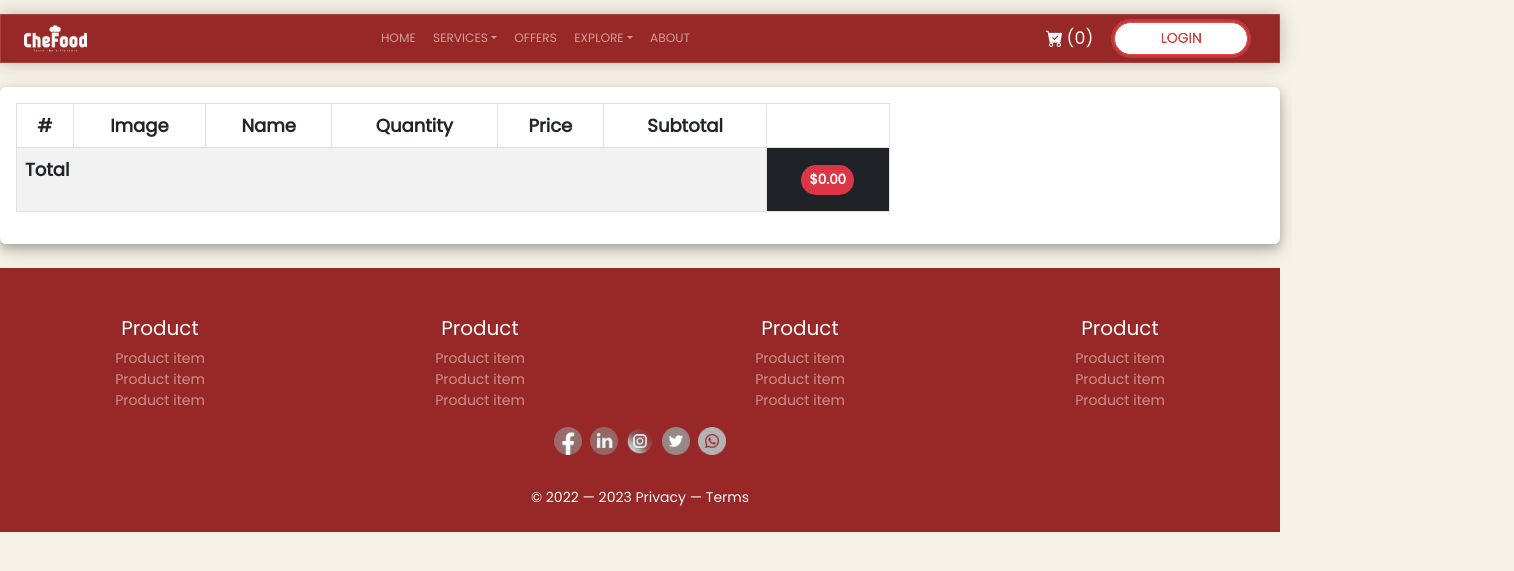
Repository: qamchamine/chefood
Page: /cart (app in front-end/)
These files come from the project's save history. The page is drawn as it stood at one moment and after the next save; the edit follows.
The browser window is 1280 px wide. The page is 1292 px wide, then 1514 px, so the pictures cover 1514 px, including what lies to the right of the window. The pictures show the whole page.
The project was rebuilt for these pictures with package versions that can differ from the ones it lists, and the page was loaded fresh each time. Some packages were replaced by stand-ins written for this rebuild. Also part of the build but not shown: front-end/src/css/products.css, front-end/src/components/small_components/ProductCard.jsx, front-end/src/components/small_components/AddProduct.jsx, front-end/src/components/pages/sub-pages/Products.jsx, front-end/src/components/small_components/ButtonMain.jsx, front-end/src/components/small_components/HomeCard.jsx, front-end/src/components/small_components/HomeCardFullSection.jsx, front-end/src/components/pages/Home.jsx and 34 more. Imported but missing from the stored project, and not drawn on this page: front-end/src/sounds/applause.mp3, front-end/src/sounds/wheel.mp3.

Above is the page before, as saved 2023-06-25 19:58:28.

### front-end/public/index.html
<!DOCTYPE html>
<html lang="en">
  <head>
    <meta charset="utf-8" />
    <link rel="icon" href="%PUBLIC_URL%/favicon.ico" />
    <meta name="viewport" content="width=device-width, initial-scale=1" />
    <meta name="theme-color" content="#000000" />
    <meta
      name="description"
      content="Web site created using create-react-app"
    />
    <link
    rel="stylesheet"
    href="https://fonts.googleapis.com/css?family=Roboto:400,700"
  />
  <link rel="stylesheet" href="https://cdn.jsdelivr.net/npm/bootstrap-icons@1.10.5/font/bootstrap-icons.css">

    <link rel="apple-touch-icon" href="%PUBLIC_URL%/logo192.png" />
    <link rel="manifest" href="%PUBLIC_URL%/manifest.json" />

    <link rel="stylesheet" href="https://fonts.googleapis.com/icon?family=Material+Icons">

    <link rel="stylesheet" href="https://maxcdn.bootstrapcdn.com/font-awesome/4.7.0/css/font-awesome.min.css">
    <script src="https://code.jquery.com/jquery-3.5.1.min.js"></script>
    <script src="https://cdn.jsdelivr.net/npm/popper.js@1.16.0/dist/umd/popper.min.js"></script>




    <title>React App</title>
  </head>
  <body>

    <div id="root"></div>
<!--     <script src="jquery/jquery-3.6.0.js"></script>  -->
    <script src="https://unpkg.com/sweetalert/dist/sweetalert.min.js"></script>

  </body>
</html>

### front-end/src/config/ShoppingContext.jsx

  import React, { createContext, useState, useEffect } from 'react';
  import Swal from 'sweetalert2'
  import axios from 'axios';

   const ShoppingContext = createContext();

const ShoppingProvider = ({ children }) => {
/*     const [orders,setOrders] = useState([])
     */

/*       function removeFromCart(item){
        setCartItems(cartItems.filter(product => product.id !== item.id));
        Swal.fire({
          position: 'top-end',
          icon: 'success',
          title: 'Your item has been removed',
          showConfirmButton: false,
          timer: 1500
        });
      } */

      return (
    <ShoppingContext.Provider value={
        { /* orders,setOrders */
          /* products,  cartItems, removeFromCart */
        }
      }>      {children}
    </ShoppingContext.Provider>
  );
};
export { ShoppingContext, ShoppingProvider }

### front-end/src/components/Footer.jsx
import React, { useEffect } from 'react'

import Facebook from '../images/icons/facebook.png'
import Linkedin from '../images/icons/linkedin.png'
import Instagram from '../images/icons/instagram.png'
import Twitter from '../images/icons/twitter.png'
import Whatsapp from '../images/icons/whatsapp.png'
import './../css/nav-footer.css';
export default function Footer() {

    return (
        <div className='footer container-fluid' style={{ background: '#982727' }}>
            <footer className=' py-2 pt-5 d-grid text-light'>
                <div className='row justify-content-around text-center '>
                    <div className='d-grid col-6 col-sm-12 col-md-6 col-lg-4 col-xl-3'>
                        <h5>Product</h5>
                        <a className='text-decoration-none text-light opacity-50' href="">Product item</a>
                        <a className='text-decoration-none text-light opacity-50' href="">Product item</a>
                        <a className='text-decoration-none text-light opacity-50' href="">Product item</a>
                    </div>
                    <div className='d-grid col-6 col-sm-12 col-md-6 col-lg-4 col-xl-3'>
                        <h5>Product</h5>
                        <a className='text-decoration-none text-light opacity-50' href="">Product item</a>
                        <a className='text-decoration-none text-light opacity-50' href="">Product item</a>
                        <a className='text-decoration-none text-light opacity-50' href="">Product item</a>
                    </div>
                    <div className='d-grid col-6 col-sm-12 col-md-6 col-lg-4 col-xl-3'>
                        <h5>Product</h5>
                        <a className='text-decoration-none text-light opacity-50' href="">Product item</a>
                        <a className='text-decoration-none text-light opacity-50' href="">Product item</a>
                        <a className='text-decoration-none text-light opacity-50' href="">Product item</a>
                    </div>
                    <div className='d-grid col-6 col-sm-12 col-md-6 col-lg-4 col-xl-3'>
                        <h5>Product</h5>
                        <a className='text-decoration-none text-light opacity-50' href="">Product item</a>
                        <a className='text-decoration-none text-light opacity-50' href="">Product item</a>
                        <a className='text-decoration-none text-light opacity-50' href="">Product item</a>
                    </div>
                </div>
                <div className='footer-icons row justify-content-center py-3 '>
                    <div className='d-flex gap-2 justify-content-center'>
                        <a href=""> <img src={Facebook} className='footer-icon' alt="" /> </a>
                        <a href=""> <img src={Linkedin} className='footer-icon' alt="" /> </a>
                        <a href=""> <img src={Instagram} className='footer-icon' alt="" /> </a>
                        <a href=""> <img src={Twitter} className='footer-icon' alt="" /> </a>
                        <a href=""> <img src={Whatsapp} className='footer-icon' alt="" /> </a>

                    </div>
                </div>
                <div className='row justify-content-center py-3'>
                    © 2022 — 2023 Privacy — Terms
                </div>
            </footer>
        </div>

    )
}

### front-end/src/css/home.css
.homeBG {
    height: fit-content;
    position: relative;
    right: -10%;
    top: 34%;
    z-index: -1;
    width: 100em !important;


}
@font-face {
    font-family: 'poppin';
    src: url('../fonts/Poppins/Poppins-Regular.ttf') ;
    font-weight: normal;
    font-style: normal;
  }
body {
    font-family:'poppin', sans-serif !important;
    background-color: #F7F2E7 !important;
    max-width: 100vw;
    font-weight: normal !important;
    overflow-x: hidden;
    font-size: 14px !important;
}

body::-webkit-scrollbar {
    width: 0;
}

.nb {
/*     position: fixed; */
/*     top: 1em; */
    background-color: #982727 !important;
    box-shadow: 0 0px 20px #1f020241;
    border: 1px solid #ffffff22;
}

.navbar {
    background-color: #982727 !important;
}

.changeColor {
    background-color: blue !important;
}

.signUP {
    background: white !important;
    color: #982727 !important;
    font-weight: bold !important;
    outline: 5px solid #982727ab;
    outline-offset: -2px;
    transition: 500ms ease;


}

.homeContent {
    height: 90vh;
    z-index: 0;
    margin-top: -1.5em !important;
}

.homeContent h1 {
    color: #F7F2E7;
    text-align: start;
width: 40vw !important;
}

.homeContent h1 span {
    position: relative;
    display: inline-block;
    margin-bottom: 10px;
    padding: 4px 20px 8px;
    transition: 1s ease;
}

.homeContent h1 span::before {
    content: '';
    position: absolute;
    background: #982727;
    left: 0;
    top: 0;
    z-index: -1;
    width: 100%;
    height: 100%;
    transform: skew(-10deg);
}

.homeContent h1 span:last-child::before {
    transform: skew(10deg);
}

.homeContent p {
    width: 72%;
    color: #982727;
    text-align: left;
}

.homeContent .homeMainButtons {
    width: 72%;
}

.cardBtn {
    transition: 1s ease;
}

.cardBtn:hover {
    filter: brightness(130%);

}

.cardBtn i {
    left: 63%;
    transition: 300ms ease;
}

.cardBtn:hover i {
    left: 75%;
}

.btnMain:hover {
    filter: brightness(130%);
}

.card-img-top {
    object-fit: cover;
}

.signUP:hover {

    background: #982727 !important;
    color: white !important;
    font-weight: bold !important;
    outline: 5px solid #ffffff55;
    outline-offset: -4px;
}

.cardsGroup:not(:first-child) {
    translate: 50% 0;
}

.arrow-1-1 {
    position: absolute;
    top: 50%;
    left: 0;
}

.home .carousel-control-prev-icon,
.home .carousel-control-next-icon {

    width: 1.3em;
    height: 1.3em;
    color:black !important;

    outline: 12px solid #982929;
    outline-offset: -1px;
    background-color: #982929;
    background-size: 100%, 100%;
    border-radius: 50%;
    box-shadow: 0 0 10px black;
}

.home .carousel-control-prev,
.home .carousel-control-next {
    z-index: 10;
    width: 4em !important;
/*     background: red; */

}

/* .py-4 {
    padding-top: 0rem !important;
    padding-bottom: 0rem !important;
} */

.nb{
    zoom:87%;
}

### front-end/src/css/cart.css
.ajouterPanierTable td{
    font-size: .9em;
    width: fit-content !important;
    text-align: center;
}
.ajouterPanierTable th{
    width: fit-content !important;
    text-align: center;
}
.ajouterPanierTable {
width: 70% !important;
position: relative;
l
}

### front-end/src/css/Reviews.css
.Reviews-color
{
  color : #982727;
  text-transform: uppercase;
  letter-spacing: 0.5em;
}
.Reviews-paragraph
{
  font-size: 0.8em;
}
.parent-card{
    margin-top:50px !important;
}
.card
{
    border: none !important;
    box-shadow: 0 4px 8px 0 rgba(0, 0, 0, 0.2), 0 6px 20px 0 rgba(0, 0, 0, 0.19);
}
.user-name
{
    color : #000D7E;
}
.description
{
    color: #982727;
    font-size: 0.75em;
}
.comment{
    margin:5px;
    font-size:0.55em;
}
.reviewCardImage{
    margin-top:16px;
}
.reviewCard:hover .reviewCardImage{
    scale:1.2;
    margin-inline:.3em;
}
.reviewCard:hover .reviewCardImage{
    transition:300ms ease;
}
.reviewCard:hover .hoverstar{
    scale:1.2;
    margin-inline:.3em;
}
.reviewCard .hoverstar{
    transition:300ms ease;
}
.reviewCardImage{
    width:40%;
    transition:300ms ease;
}

.reviewCard strong{
    left:50%;
    translate:-50% 0;
    width:100%;
    bottom:.9em;
}

.the-bottom-page{
    margin-top:25px;
    position: absolute;
    left: auto;
    right: 0;
}

@media (max-width: 1200px) { /* Extra large devices (large desktops, 1200px and up) */
    .card {
      width: 100%;
    }
    .col-4 {
      width: 33.33333333%;
    }
    strong img{
        width: 19px;
    }
  }
  @media (max-width: 1118px) { /* Large devices (desktops, 992px and up) */
    .card {
      width: 100%;
    }
    .col-4 {
        width: 33.33333333%;
    }
    strong img{
        width: 16px;
    }
  }
  @media (max-width: 992px) { /* Medium devices (tablets, 768px and up) */
    .card {
        width: 140%;
    }
  }
  @media (max-width: 770px) { /* Medium devices (tablets, 768px and up) */
    .card {
        width: 95%;
    }
    .col-4 {
        width: 25% !important;
    }
    .parent-card
    {
        --bs-gutter-x: 0.5rem;
        display: grid !important;
        grid-template-columns: repeat(2, 1fr);
    }
    .col-4 {
        margin-top:10px !important;
        width: 60% !important;
    }
  }
  @media (max-width: 716px) { /* Small devices (landscape phones, 576px and up) */

    .card {
        width: 95%;
    }
        strong img{
        width: 16px;
    }
  }
  @media only screen and (max-width: 576px){ /* Small devices (landscape phones, 576px and up) */

    .card {
        width: 95%;
    }
    .col-md-2 {
        flex: 0 0 16.666667%;
        max-width: 16.666667%;
    }
    strong img{
        width: 16px;
    }
  }

  @media only screen and (max-width: 528px){ /* Small devices (landscape phones, 576px and up) */

    .card {
        width: 70%;
        margin-left:30px;
    }
    .parent-card
    {
        --bs-gutter-x: 0.5rem;
        display: grid !important;
        grid-template-columns: repeat(1, 1fr);
    }
    .col-md-2 {
        flex: 0 0 16.666667%;
        max-width: 16.666667%;
    }
    strong img{
        width: 16px;
    }
  }

  @media only screen and (max-width: 365px){ /* Small devices (landscape phones, 576px and up) */

    .card {
        width: 80%;
        margin-left:20px;
    }
    .parent-card
    {
        --bs-gutter-x: 0.5rem;
        display: grid !important;
        grid-template-columns: repeat(1, 1fr);
    }
    .col-md-2 {
        flex: 0 0 16.666667%;
        max-width: 16.666667%;
    }
    strong img{
        width: 16px;
    }
  }

### front-end/src/css/location.css
@import url('https://fonts.googleapis.com/css2?family=Roboto:wght@100&display=swap');

.location-color
{
  color : #982727;
  text-transform: uppercase;
  letter-spacing: 0.3em;
}
.where-restorant
{
    width: 459px;
    margin:auto;
}
.restorant-location-title{
    font-family: 'Century Gothic';
    font-size:32px;
    font-weight:400;
}
.restorant-location-line{
    background:#B12222;
    height: 3px;
    width: 450px;
    display: inline-block;
    margin: 15px auto;
}
.restorant-location-p
{
    color:#000000 75%;
    font-size: 15px;
    font-weight: 400;
    font-family: 'Roboto', sans-serif;
}
.main-location{
    display: grid !important;
    grid-template-columns: repeat(2, 1fr);
    flex-direction: column;
    justify-content: center;
    align-items: center;
    text-align:center;
}
.restorant-location-btn{
    background-color: #B12222;
    border: none;
    width: 300px;
    height: 40px;
    border-radius: 15px;
    color: #fff;
}
.restorant-location-btn:hover{
    background-color: #fff;
    border: 2px solid #B12222;
    border-radius: 15px;
    color: #B12222;
}
.location-icon{
    margin-right: 15px;
}


  @media (max-width: 1123px) { /* Extra large devices (large desktops, 1200px and up) */
    .earth-image img{
        width: 450px;
    }
  }
  @media (max-width: 992px) { /* Medium devices (tablets, 768px and up) */
    .earth-image img{
        width: 400px;
    }
    .where-restorant {
        width: 400px;
        margin: auto;
    }
    .restorant-location-line{
        width: 350px;
        display: inline-block;
    }
  }
  @media (max-width: 868px) { /* Medium devices (tablets, 768px and up) */

    .earth-image img{
        width: 380px;
    }
    .where-restorant {
        width: 380px;
        margin: auto;
    }
    .restorant-location-line{
        width: 320px;
        display: inline-block;
    }
    .restorant-location-p{
        font-size: 13px;
    }
    .restorant-location-title{
        font-size:28px;
    }

  }
  @media (max-width: 783px) { /* Small devices (landscape phones, 576px and up) */
    .earth-image img{
        margin-top: 30px;
        width: 380px;
    }
    .where-restorant {
        width: 380px;
        margin: auto;
    }
    .restorant-location-line{
        width: 320px;
        display: inline-block;
    }
    .restorant-location-p{
        font-size: 15px;
    }
    .restorant-location-title{
        font-size:32px;
    }
    .main-location{
        display: grid !important;
        grid-template-columns: repeat(1, 1fr);
        justify-items: center;
        text-align:center;
    }
  }
  @media(max-width: 401px){ /* Small devices (landscape phones, 576px and up) */
    .earth-image img{
        width: 330px;
        margin-top: 30px;
    }
    .where-restorant {
        width: 330px;
        margin: auto;
    }
    .restorant-location-line{
        width: 320px;
        display: inline-block;
    }
    .restorant-location-p{
        font-size: 13px;
    }
    .restorant-location-title{
        font-size:28px;
    }
    .main-location{
        display: grid !important;
        grid-template-columns: repeat(1, 1fr);
        justify-items: center;
        text-align:center;
    }
  }

### front-end/src/css/contactus.css
@import url('https://fonts.googleapis.com/css2?family=Inter:wght@200;400&family=Quattrocento+Sans&family=Roboto&display=swap');

.contactus-color{
    color : #982727;
    text-transform: uppercase;
    letter-spacing: 0.3em;
}
.image-contactus img{
    height: 620px;
}
.main-contactus{
    display: grid !important;
    grid-template-columns: repeat(2, 1fr);
    justify-items: center;
}
.message-information-send{
    width:auto;
    margin:auto;
}
.message-information-send label
{
    margin:25px 0 10px 0;
    font-family: 'Inter';
    font-style: normal;
    font-weight: 400;
    font-size: 13px;
    line-height: 26px;
    color: #692C2C;
}
.message-information-send input{
    padding:3px 15px;
    margin:15 0px;
    Width:425px;
    Height:56px;
    background: #F7F2E7;
    border: 2px solid #982727;
    border-radius: 5px;
}
.message-information-send {
    outline: none;
}
.message-information-send textarea{
    padding:15px;
    Width:425px;
    Height:220px;
    background: #F7F2E7;
    border: 2px solid #982727;
    border-radius: 5px;
}
.message-information-send textarea,input::placeholder{
    font-family: 'Inter';
    font-style: normal;
    font-weight: 200;
    font-size: 12px;
}
.message-information-send input,textarea:focus-visible{
    outline: none;
}
.send-contact-btn{
    margin-top: 14px;
    background-color: #B12222;
    border: none;
    width: 425px;
    height: 40px;
    border-radius: 15px;
    color: #fff;
    font-family: 'Roboto';
    font-style: normal;
    font-weight: 500;
    font-size: 19px;
}
.send-icon{
    margin-right:15px;
}
.send-contact-btn:hover{
    background-color: #fff;
    border: 2px solid #B12222;
    border-radius: 15px;
    color: #B12222;
}









  @media (max-width: 1118px) { /* Large devices (desktops, 992px and up) */
    .image-contactus img{
        height: 620px;
        width:550px;
    }

    .message-information-send input{
        width:325px;
    }
    .message-information-send textarea{
        width:325px;
    }
    .send-contact-btn{
        width:325px;
    }
  }
  @media (max-width: 992px) { /* Medium devices (tablets, 768px and up) */
    .image-contactus img{
        margin: auto;
        height: 550px;
        width:450px;
    }
    .message-information-send{
        margin-right:50px;
    }
    .message-information-send input{
        width:325px;
    }
    .message-information-send textarea{
        width:325px;
    }
    .send-contact-btn{
        width:325px;
    }
  }
  @media (max-width: 881px) { /* Medium devices (tablets, 768px and up) */
    .image-contactus img{
        margin: auto;
        height: 550px;
        width:450px;
    }
    .main-contactus{
        display: grid !important;
        grid-template-columns: repeat(1, 1fr);
        flex-direction: column;
        justify-content: center;
        align-items: center;
    }
    .message-information-send{
        margin:auto;
    }
    .message-information-send input{
        width: 425px;
    }
    .message-information-send textarea{
        width: 425px;
    }
    .send-contact-btn{
        width: 425px;
    }
  }


  @media only screen and (max-width: 467px){ /* Small devices (landscape phones, 576px and up) */

    .image-contactus img{
        margin: auto;
        height: 500px;
        width:330px;
    }
    .main-contactus{
        display: grid !important;
        grid-template-columns: repeat(1, 1fr);
        justify-items: center;
    }
    .message-information-send{
        margin:auto;
    }
    .message-information-send input{
        width: 325px;
    }
    .message-information-send textarea{
        width: 325px;
    }
    .send-contact-btn{
        width: 325px;
    }

  }

### front-end/src/css/Timer.css

@import url(https://fonts.googleapis.com/css?family=Titillium+Web:400,200,200italic,300,300italic,900,700italic,700,600italic,600,400italic);

/* .timer {
  font-family: 'Titillium Web', cursive;
  width: 800px;
  margin: 0 auto;
  text-align: center;
  color: white;
  background: #222;
  font-weight: 100;
} */

.timer {
  display: inline-flex;
  line-height: 1;
  padding: 20px;
  font-size: 40px;
  font-family: 'Times New Roman', cursive;


}
.timerD{
    border-radius: 2px;
    padding: 5px;
    font-size: 10px;
    border: 70px rgb(131, 55, 55);
    box-shadow:2px 2px 4px rgba(0, 0, 0, 0.4), 4px 4px 8px rgba(0, 0, 0, 0.2);
}

.Stime {
  display: block;
  font-size: 20px;
  color: rgb(206, 178, 19);

}

#days {
  font-size: 80px;
  color: rgb(92, 25, 5);
  background-color:rgb(230, 230, 234);

  margin: 15px;
}
#hours {
  font-size: 80px;
  color: rgb(92, 25, 5);
  background-color:rgb(230, 230, 234);
  margin: 15px;
}
#minutes {
  font-size: 80px;

  color: rgb(92, 25, 5);
  background-color:rgb(230, 230, 234);
  margin: 15px;
}
#seconds {
  font-size: 80px;
  color: rgb(92, 25, 5);
  background-color:rgb(230, 230, 234);
  margin: 15px;
}

Loaded but not shown: front-end/src/index.css (common file); front-end/src/config/LoginContext.js (93 lines, source omitted); front-end/src/App.js (42 lines, source omitted); front-end/src/index.js (24 lines, source omitted); front-end/src/css/reservation.css (400 lines, source omitted); front-end/src/components/Navbar.jsx (179 lines, source omitted); front-end/src/css/nav-footer.css (260 lines, source omitted); front-end/src/components/small_components/shopping/Cart.jsx (88 lines, source omitted)

After the next save:
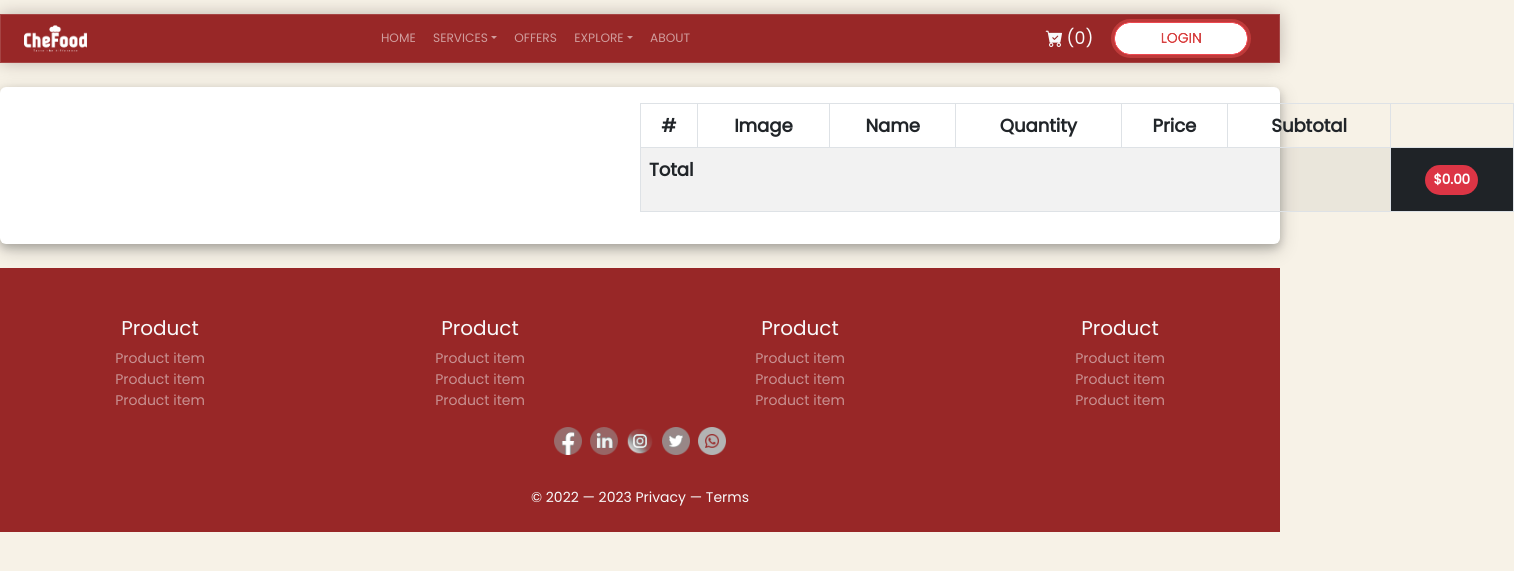
Saved 9 s later.
--- a/front-end/src/css/cart.css
+++ b/front-end/src/css/cart.css
@@ -10,5 +10,6 @@
 .ajouterPanierTable {
 width: 70% !important;
 position: relative;
-l
+left: 50%;
+translate: -50;
 }
